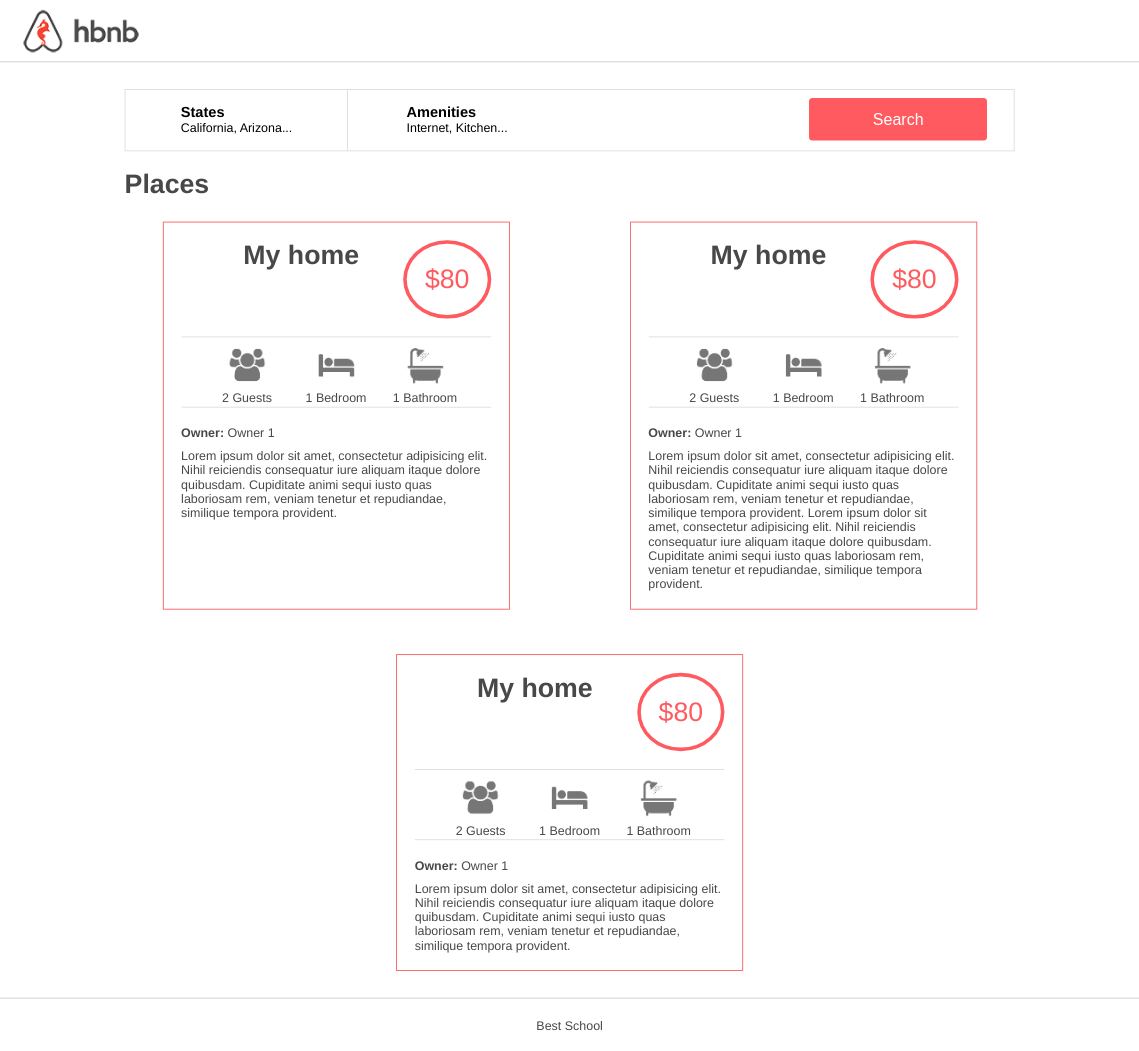
Repository: Eng-0marleves/AirBnB_clone
Page: web_static/100-index.html
The author's editor kept a copy of each file at every save. The page is drawn from the files as they stood at one save, then again after the next save.
The browser window is 1280 px wide. The pictures show the whole page, at 89% of full size.

Above is the page before, as saved 2023-12-18 08:05:24.

### web_static/100-index.html
<!DOCTYPE html>
<html lang="en">

<head>
	<meta charset="UTF-8">
	<meta name="viewport" content="width=device-width, initial-scale=1.0">
	<title>AirBnB Clone</title>
	<link rel="icon" href="images/icon.png">

	<link rel="stylesheet" href="styles/4-common.css">
	<link rel="stylesheet" href="styles/3-header.css">
	<link rel="stylesheet" href="styles/3-footer.css">
	<link rel="stylesheet" href="styles/6-filters.css">
	<link rel="stylesheet" href="styles/100-places.css">
</head>

<body>
	<header>
		<div class="logo"></div>
	</header>

	<div class="container">
		<section class="filters">
			<div class="locations">
				<h3 class="title">States</h3>
				<h4 class="subtitle">California, Arizona...</h4>
				<div class="dropdowen">
					<h3>Arizona:</h3>
					<ul class="popover">
						<li>
							<h4>Page 1</h4>
							<h4>Page 2</h4>
						</li>
						<h3>Arizona:</h3>
						<li>
							<h4>San Francisco</h4>
							<h4>Los Altos</h4>
						</li>
					</ul>
				</div>
			</div>
			<div class="amenities">
				<h3 class="title">Amenities</h3>
				<h4 class="subtitle">Internet, Kitchen...</h4>
				<div class="dropdowen">
					<ul>
						<h3>Internet:</h3>
						<li>
							<h4>TV</h4>
						</li>
						<h3>Kitchen:</h3>
						<li>
							<h4>Iron</h4>
						</li>
					</ul>
				</div>
			</div>
			<button>Search</button>
		</section>
		<section class="places">
			<h1>Places</h1>
			<div class="places-container">
				<article>
					<div class="header">
						<h2>My home</h2>
						<div class="price_by_night">
							$80
						</div>
					</div>
					<div class="information">
						<div class="max_guest">
							<img src="images/icon_group.png" alt="">
							<p>2 Guests</p>
						</div>
						<div class="number_rooms">
							<img src="images/icon_bed.png" alt="">
							<p>1 Bedroom</p>
						</div>
						<div class="number_bathrooms">
							<img src="images/icon_bath.png" alt="">
							<p>1 Bathroom</p>
						</div>
					</div>
					<div class="user">
						<b>Owner:</b> Owner 1
					</div>
					<div class="description">
						Lorem ipsum dolor sit amet, consectetur adipisicing elit. Nihil reiciendis consequatur iure
						aliquam itaque dolore quibusdam. Cupiditate animi sequi iusto quas laboriosam rem, veniam
						tenetur et repudiandae, similique tempora provident.
					</div>
				</article>
				<article>
					<div class="header">
						<h2>My home</h2>
						<div class="price_by_night">
							$80
						</div>
					</div>
					<div class="information">
						<div class="max_guest">
							<img src="images/icon_group.png" alt="">
							<p>2 Guests</p>
						</div>
						<div class="number_rooms">
							<img src="images/icon_bed.png" alt="">
							<p>1 Bedroom</p>
						</div>
						<div class="number_bathrooms">
							<img src="images/icon_bath.png" alt="">
							<p>1 Bathroom</p>
						</div>
					</div>
					<div class="user">
						<b>Owner:</b> Owner 1
					</div>
					<div class="description">
						Lorem ipsum dolor sit amet, consectetur adipisicing elit. Nihil reiciendis consequatur iure
						aliquam itaque dolore quibusdam. Cupiditate animi sequi iusto quas laboriosam rem, veniam
						tenetur et repudiandae, similique tempora provident.
						Lorem ipsum dolor sit amet, consectetur adipisicing elit. Nihil reiciendis consequatur iure
						aliquam itaque dolore quibusdam. Cupiditate animi sequi iusto quas laboriosam rem, veniam
						tenetur et repudiandae, similique tempora provident.
					</div>
				</article>
				<article>
					<div class="header">
						<h2>My home</h2>
						<div class="price_by_night">
							$80
						</div>
					</div>
					<div class="information">
						<div class="max_guest">
							<img src="images/icon_group.png" alt="">
							<p>2 Guests</p>
						</div>
						<div class="number_rooms">
							<img src="images/icon_bed.png" alt="">
							<p>1 Bedroom</p>
						</div>
						<div class="number_bathrooms">
							<img src="images/icon_bath.png" alt="">
							<p>1 Bathroom</p>
						</div>
					</div>
					<div class="user">
						<b>Owner:</b> Owner 1
					</div>
					<div class="description">
						Lorem ipsum dolor sit amet, consectetur adipisicing elit. Nihil reiciendis consequatur iure
						aliquam itaque dolore quibusdam. Cupiditate animi sequi iusto quas laboriosam rem, veniam
						tenetur et repudiandae, similique tempora provident.
					</div>
				</article>
			</div>
		</section>
	</div>

	<footer>
		<p>Best School</p>
	</footer>
</body>

</html>

### web_static/styles/4-common.css
* {
  margin: 0;
  padding: 0;
  box-sizing: border-box;
  list-style: none;
}
body {
  margin: 0;
  padding: 0;
  color: #484848;
  font-size: 14px;
  font-family: Circular, "Helvetica Neue", Helvetica, Arial, sans-serif;
}

### web_static/styles/3-header.css
header {
  color: white;
  height: 70px;
  width: 100%;
  border-bottom: 1px solid #cccccc;
}

.logo {
  height: 100%;
  background: url("../images/logo.png") no-repeat;
  background-position: left;
  margin-left: 20px;
}

### web_static/styles/3-footer.css
footer {
  background-color: white;
  height: 60px;
  width: 100%;
  border-top: 1px solid #cccccc;
  position: absolute;
  bottom: 0;
  left: 0;
  display: flex;
  justify-content: center;
  align-items: center;
}

footer p {
  text-align: center;
  padding: 6px;
}

### web_static/styles/6-filters.css
.container {
  max-width: 1000px;
  margin: 30px auto;
}

.filters {
  color: white;
  height: 70px;
  width: 100%;
  border: 1px solid #dddddd;
}

.container button {
  display: block;
  font-size: 18px;
  color: #ffffff;
  background: #ff5a5f;
  height: 48px;
  width: 20%;
  border-radius: 4px;
  border: none;
  margin-left: auto;
  margin-right: 30px;
  margin-top: calc((70px + 48px) / 2 * -1);
}

.container button:hover {
  opacity: 90%;
}

.filters div {
  width: 25%;
  height: 100%;
  display: inline-block;
  color: #000;
  text-align: left;
  vertical-align: top;
  position: relative;
}

.filters div:first-child {
  border-right: 1px solid #dddddd;
}

.filters div .title {
  font-weight: 600;
  text-align: left;
  margin-left: 25%;
  margin-top: calc((70px - 40px) / 2);
}

.filters div .subtitle {
  font-weight: 400;
  font-size: 14px;
  text-align: left;
  margin-left: 25%;
}

.filters div:hover .dropdowen {
  display: block;
}

.filters div .dropdowen {
  display: none;
  position: absolute;
  top: 100%;
  left: 0;
  width: 100%;
  height: fit-content;
  background-color: #fafafa;
  border: 1px solid #dddddd;
  border-radius: 4px;
  box-shadow: 0 2px 4px rgba(0, 0, 0, 0.1);
}

.filters div .dropdowen h3 {
  font-size: 16px;
  margin: 10px;
}

.filters div .dropdowen li {
  margin: 5px 20px;
}

.filters div .title {
  font-weight: 600;
  text-align: left;
}

.filters div .subtitle {
  font-weight: 400;
  font-size: 14px;
  text-align: left;
}

### web_static/styles/100-places.css
.places {
  margin-top: 20px;
}

.places h1 {
  font-size: 30px;
  margin-bottom: 25px;
}

.places .places-container {
  display: flex;
  justify-content: space-around;
  align-items: stretch;
  flex-wrap: wrap;
  gap: 50px;
}

.places article {
  width: 390px;
  border: 1px solid #ff5a5f;
  padding: 20px;
}

.places article .header {
  display: flex;
  justify-content: flex-end;
  margin-bottom: 20px;
}

.places article .header h2 {
  font-size: 30px;
  text-align: center;
  margin-right: 50px;
}

.places article .header .price_by_night {
  color: #ff5a5f;
  border: 4px solid #ff5a5f;
  min-width: 60px;
  height: 60px;
  font-size: 30px;
  display: flex;
  justify-content: center;
  align-items: center;
  padding: 40px 20px;
  border-radius: 50%;
}

.places article .information {
  height: 80px;
  border-top: 1px solid #dddddd;
  border-bottom: 1px solid #dddddd;
  padding: 5px 20px 0 20px;
  display: flex;
  justify-content: center;
  align-items: center;
  flex-direction: row;
  flex-wrap: wrap;
  text-align: center;
  margin: 20px 0;
}

.places article .information div {
  width: 100px;
}

.places article .user {
  margin-bottom: 10px;
}

.places article .amenities {
  margin-top: 40px;
}

.places article .amenities h2 {
  font-size: 16px;
  border-bottom: 1px solid #dddddd;
}

footer {
  position: relative;
}

After the next save:
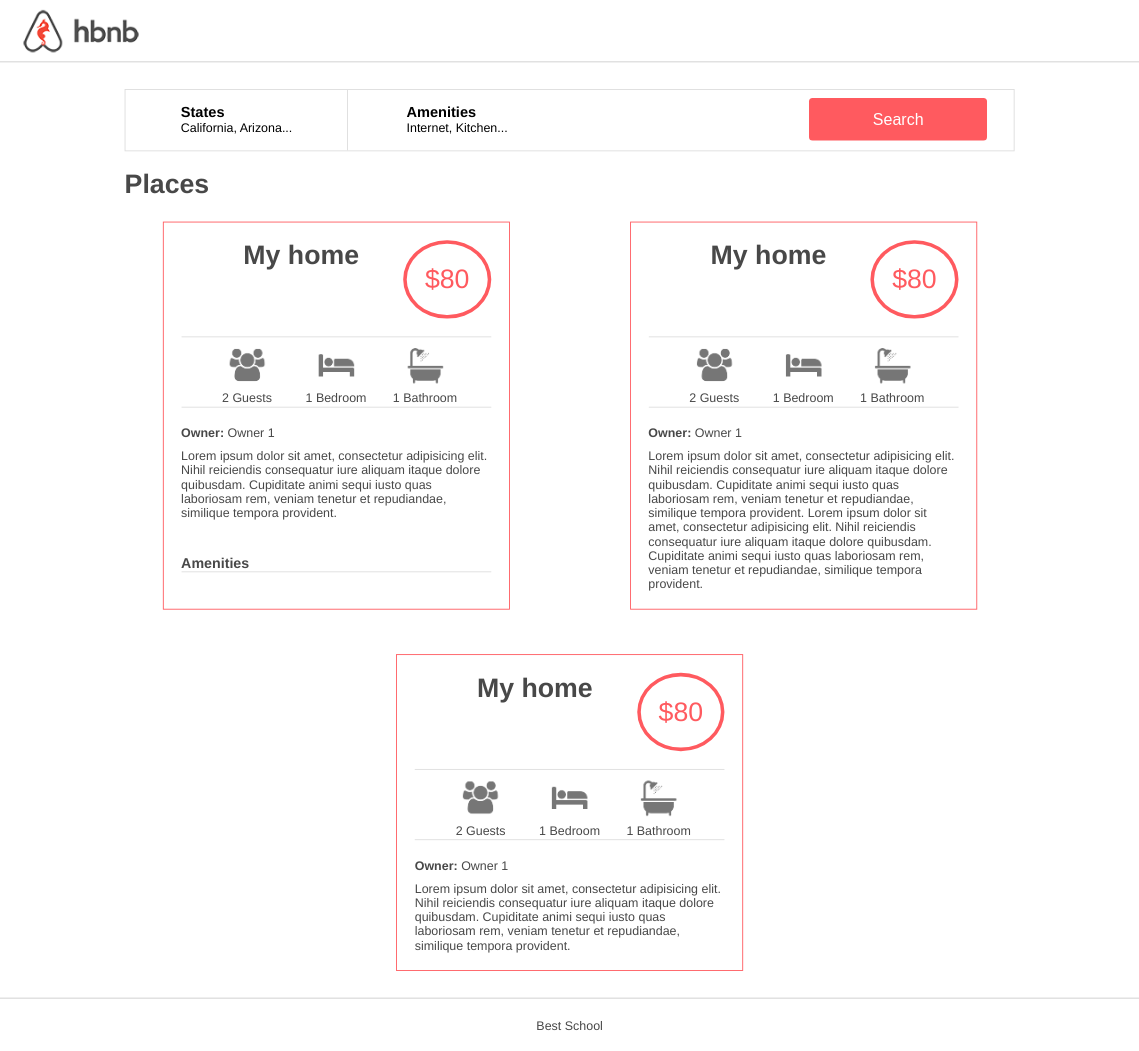
Saved 20 s later.
--- a/web_static/100-index.html
+++ b/web_static/100-index.html
@@ -89,6 +89,10 @@
 						aliquam itaque dolore quibusdam. Cupiditate animi sequi iusto quas laboriosam rem, veniam
 						tenetur et repudiandae, similique tempora provident.
 					</div>
+					<div class="amenities">
+						<h2>Amenities</h2>
+
+					</div>
 				</article>
 				<article>
 					<div class="header">
